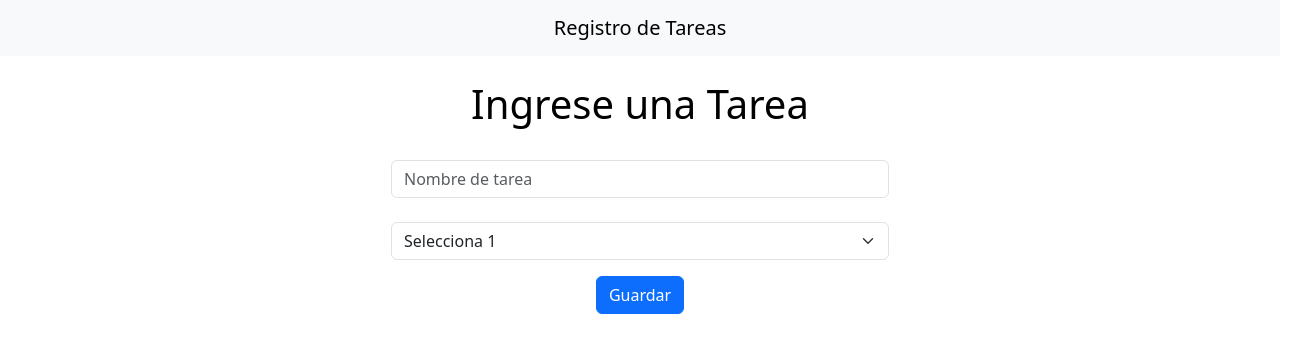
Repository: mgarrido0gb/registroTareas
Page: http://localhost/Tareas/Home
These files come from the project's save history. The page is drawn as it stood at one moment and after the next save; the edit follows.
The browser window is 1280 px wide. The page is 1292 px wide, so the pictures cover 1292 px, including what lies to the right of the window. The pictures show the whole page.
The page is served by Tomcat 10. Other server files are loaded and not shown. Queries for data that is not in the repository find no rows.

Above is the page before, as saved 2024-05-21 22:27:27.

### Tareas/src/main/webapp/WEB-INF/home.jsp
<%@page import="models.Categoria"%>
<%@page import="models.Tarea"%>
<%@ page language="java" contentType="text/html; charset=ISO-8859-1"
    pageEncoding="ISO-8859-1" import="java.util.ArrayList" import="models.Tarea" import="models.Categoria"%>
<!doctype html>
<html lang="en">
  <head>
    <meta charset="utf-8">
    <meta name="viewport" content="width=device-width, initial-scale=1">
    <title>Registro Tareas</title>
    <link href="https://cdn.jsdelivr.net/npm/bootstrap@5.3.3/dist/css/bootstrap.min.css" rel="stylesheet" integrity="sha384-QWTKZyjpPEjISv5WaRU9OFeRpok6YctnYmDr5pNlyT2bRjXh0JMhjY6hW+ALEwIH" crossorigin="anonymous">
    <style type="text/css">
    	body{
    		background-color: white;
    		color: black;
    	}

    	li{
    		color: black;
    	}

    	.logotipo{
    		width: 30px;
    		height: 30px;
    	}






    </style>

  </head>
  <body>
  	<%
  		ArrayList<Categoria> cats = (ArrayList<Categoria>)request.getAttribute("cats");
  		ArrayList<Tarea> tareas = (ArrayList<Tarea>)request.getAttribute("tareas");

  	%>
  	<nav class="navbar navbar-expand-lg bg-body-tertiary bg-primary">
    	<div class="container-fluid">
        	<a class="navbar-brand mx-auto" href="#">Registro de Tareas</a>
    	</div>
	</nav>

    <div class="container">
    	<div class="row justify-content-center">
        	<div class="col-12 col-md-9 col-lg-6">
            	<form action="/Tareas/Home" method="post">
                	<div class="p-4">
                    	<h1 class="text-center">Ingrese una Tarea</h1>
                    	<br>
                    	<div class="form-group">
                        	<input class="form-control" placeholder="Nombre de tarea" name="texto" type="text" required>
                    	</div>
                    	<br>
                    	<div class="col-12">
              				<select class="form-select" name="categoria_id" required>
                				<option selected value required>Selecciona 1</option>
                					<% for (Categoria c: cats) { %>
                						<option value="<%=c.id %>"><%=c.nombre %></option>
                					<% } %>
              				</select>
     					</div>
                    	<div class="text-center mt-3">
                        	<input type="submit" value="Guardar" class="btn btn-primary" onclick="mensaje()">
                    	</div>
                	</div>

            	</form>
        	</div>
    	</div>
	</div>






   <div class="row">
   		<div class="col-6 offset-3 d-block m-auto m-0 p-2 col-md-3">


    			<% for (Tarea t: tareas) { %>
    				<ul class="list-group text-center">
    					<li <% if (t.completada == true){ %>class="text-decoration-line-through text-danger"<% } %> class="list-group-item text-center">
    		 				<h5>Agregada el: <%=t.fecha %></h5>
    		 				<h6 class="text-center">(<%=t.texto%>)</h6>
    		 				<a href="/Tareas/CheckearTarea?id=<%=t.id%>"><img src="https://img.icons8.com/?size=48&id=sz8cPVwzLrMP&format=png" class="logotipo" onclick="check()" ></img></a>
    		 				<a href="/Tareas/GestionTarea?id=<%=t.id%>"><img src="https://img.icons8.com/?size=48&id=pre7LivdxKxJ&format=png" class="logotipo" onclick="eliminar()"></img></a>
    					</li>
    				<br>
    			<%}%>
    		</ul>

   		</div>
   </div>


   <script type="text/javascript">


   	function mensaje(){
   		alert("Tarea Agregada con éxito");
   	}

   	function eliminar(){
   		alert("Tarea eliminada con éxito");
   	}

   	function check(){
   		alert("Tarea Realizada con éxito");
   	}

   </script>
    <script src="https://cdn.jsdelivr.net/npm/bootstrap@5.3.3/dist/js/bootstrap.bundle.min.js" integrity="sha384-YvpcrYf0tY3lHB60NNkmXc5s9fDVZLESaAA55NDzOxhy9GkcIdslK1eN7N6jIeHz" crossorigin="anonymous"></script>
  </body>
</html>

### Tareas/src/main/java/servlets/Home.java
package servlets;

import jakarta.servlet.RequestDispatcher;
import jakarta.servlet.ServletException;
import jakarta.servlet.annotation.WebServlet;
import jakarta.servlet.http.HttpServlet;
import jakarta.servlet.http.HttpServletRequest;
import jakarta.servlet.http.HttpServletResponse;
import models.Categoria;
import models.Tarea;

import java.io.IOException;
import java.sql.SQLException;
import java.util.ArrayList;

import daos.CategoriaDao;
import daos.TareaDao;


/**
 * Servlet implementation class Home
 */
public class Home extends HttpServlet {
	private static final long serialVersionUID = 1L;

    /**
     * Default constructor.
     */
    public Home() {
        // TODO Auto-generated constructor stub
    }

	/**
	 * @throws IOException
	 * @throws ServletException
	 * @see HttpServlet#doGet(HttpServletRequest request, HttpServletResponse response)
	 */
	protected void doGet(HttpServletRequest request, HttpServletResponse response) throws ServletException, IOException  {
		// TODO Auto-generated method stub
		try {
			ArrayList<Tarea> tareas = TareaDao.getAll();
			System.out.println(tareas);
			request.setAttribute("tareas", tareas);

			ArrayList<Categoria> cats = CategoriaDao.getAll();
			request.setAttribute("cats", cats);
		} catch(SQLException e) {
			System.out.println(e);
		}


		// 2. Cargamos el JSP
		RequestDispatcher vista = request.getRequestDispatcher("WEB-INF/home.jsp");
		vista.forward(request, response);
	}

	/**
	 * @see HttpServlet#doPost(HttpServletRequest request, HttpServletResponse response)
	 */
	protected void doPost(HttpServletRequest request, HttpServletResponse response) throws ServletException, IOException {
		// TODO Auto-generated method stub
		String textoNuevaTarea = request.getParameter("texto");
		int categoria_id = Integer.parseInt(request.getParameter("categoria_id"));
		try {
			TareaDao.addNew(textoNuevaTarea,categoria_id);

		} catch (SQLException e) {
			// TODO Auto-generated catch block
			e.printStackTrace();
		}


		response.sendRedirect("/Tareas/Home");
	}

}

### Tareas/src/main/java/daos/TareaDao.java
package daos;

import java.sql.Connection;
import java.sql.PreparedStatement;
import java.sql.ResultSet;
import java.sql.SQLException;
import java.sql.Statement;
import java.util.ArrayList;

import models.Categoria;
import models.MyConn;
import models.Tarea;

public class TareaDao {

	static public void addNew(String textoNuevaTarea, int categoria_id) throws SQLException {
		//1.-  nueva conexion
		Connection conn = MyConn.getConnection();
		//2.- consulta
		PreparedStatement consulta =conn.prepareStatement("INSERT INTO TAREAS (texto,categoria_id) values(?,?)");
		consulta.setString(1, textoNuevaTarea);
		consulta.setInt(2, categoria_id);
		consulta.execute();
	}

	static public void deleteById (int idTarea) throws SQLException {
		// 1. Pedimos una conexion nueva
		Connection conn = MyConn.getConnection();
		// 2. Creamos la consulta
		PreparedStatement stmt = conn.prepareStatement(
			"delete from tareas where id=?"
		);
		stmt.setInt(1, idTarea);
		// 3. Ejecutar la stmt
		stmt.executeUpdate();
	  }

	static public void checkById (int idTarea) throws SQLException {
		// 1. Pedimos una conexion nueva
		Connection conn = MyConn.getConnection();
		// 2. Creamos la consulta
		PreparedStatement stmt = conn.prepareStatement(
			"update tareas set completada = true where id = ?"
		);
		stmt.setInt(1, idTarea);
		// 3. Ejecutar la stmt
		stmt.executeUpdate();
	  }





	static public ArrayList<String> get_textos () throws SQLException {
		// 1. Creamos un ArrayList vacío
		ArrayList<String> textos = new ArrayList<String>();
		// 2. Pedimos una conección nueva
		Connection conn = MyConn.getConnection();
		// 3. Creamos y ejecutamos la consulta
		Statement consulta = conn.createStatement();
		ResultSet respuesta = consulta.executeQuery("select * from tareas ");

		// 4. Vamos llenando el ArrayList con lo que tenga la respuesta
		while (respuesta.next()) {
		  textos.add( respuesta.getString("texto") );
		}
		// 5. Retornamos el ArrayList, ahora lleno
		return textos;
	  }



	static public ArrayList<Tarea> getAll () throws SQLException {
		// 1. Creamos un ArrayList vacío
		ArrayList<Tarea> tareas = new ArrayList<Tarea>();
		// 2. Pedimos una conección nueva
		Connection conn = MyConn.getConnection();
		// 3. Creamos y ejecutamos la consulta
		Statement consulta = conn.createStatement();
		ResultSet respuesta = consulta.executeQuery("select * from tareas");

		// 4. Vamos llenando el ArrayList con lo que tenga la respuesta
		while (respuesta.next()) {
			Tarea t = new Tarea(
					respuesta.getInt("id"),
					respuesta.getString("texto"),
					respuesta.getBoolean("completada"),
					respuesta.getDate("fecha")


			);
		  tareas.add(t);
		}
		return tareas;
	  }
}

### Tareas/src/main/java/models/MyConn.java
package models;

import java.sql.Connection;
import java.sql.DriverManager;
import java.sql.SQLException;

public class MyConn {
	static final String URL = "jdbc:postgresql://localhost/ejemplo_dao";
	static final String USER = "postgres";
	static final String PASSWORD = "12345";
	static final String DRIVER = "org.postgresql.Driver";

	static public Connection conn = null;

    static public Connection getConnection () {
      if (conn != null) {
        return conn;
      }
      try {
    	Class.forName(DRIVER);
    	conn = (Connection) DriverManager.getConnection(URL, USER, PASSWORD);
      }
      catch (ClassNotFoundException | SQLException e) {
    	e.printStackTrace();
      }
      return conn;
    }
}

### Tareas/src/main/java/daos/CategoriaDao.java
package daos;

import java.sql.Connection;
import java.sql.ResultSet;
import java.sql.SQLException;
import java.sql.Statement;
import java.util.ArrayList;

import models.Categoria;
import models.MyConn;


public class CategoriaDao {
	static public ArrayList<Categoria> getAll () throws SQLException {
		// 1. Creamos un ArrayList vacío
				ArrayList<Categoria> categorias = new ArrayList<Categoria>();
				// 2. Pedimos una conección nueva
				Connection conn = MyConn.getConnection();
				// 3. Creamos y ejecutamos la consulta
				Statement consulta = conn.createStatement();
				ResultSet respuesta = consulta.executeQuery("select * from categorias order by id");

				// 4. Vamos llenando el ArrayList con lo que tenga la respuesta
				while (respuesta.next()) {
				  Categoria t = new Categoria(
					respuesta.getInt("id"),
					respuesta.getString("nombre")
				  );
				  categorias.add( t );
				}
			  // 5. Retornamos el ArrayList, ahora lleno
			  return categorias;
}}

After the next save:
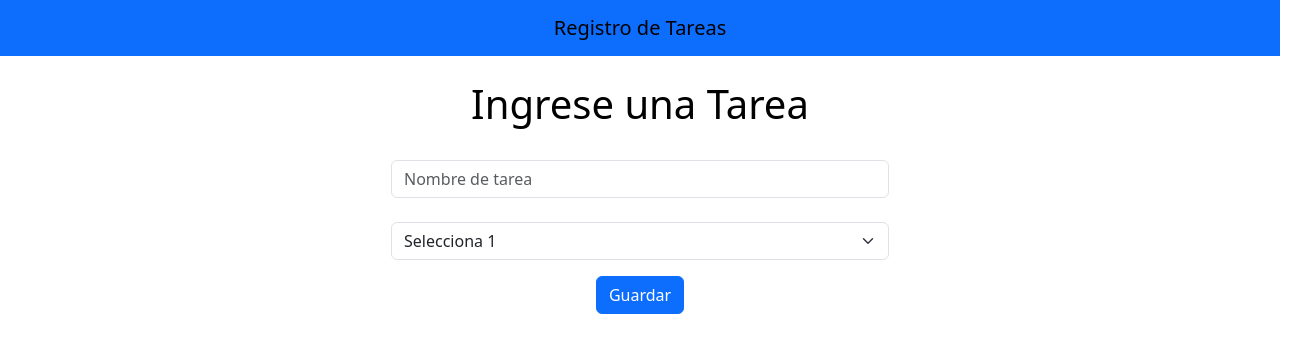
Saved 29 s later.
--- a/Tareas/src/main/webapp/WEB-INF/home.jsp
+++ b/Tareas/src/main/webapp/WEB-INF/home.jsp
@@ -38,7 +38,7 @@
   		ArrayList<Tarea> tareas = (ArrayList<Tarea>)request.getAttribute("tareas");
 
   	%>
-  	<nav class="navbar navbar-expand-lg bg-body-tertiary bg-primary">
+  	<nav class="navbar navbar-expand-lg bg-primary">
     	<div class="container-fluid">
         	<a class="navbar-brand mx-auto" href="#">Registro de Tareas</a>
     	</div>
